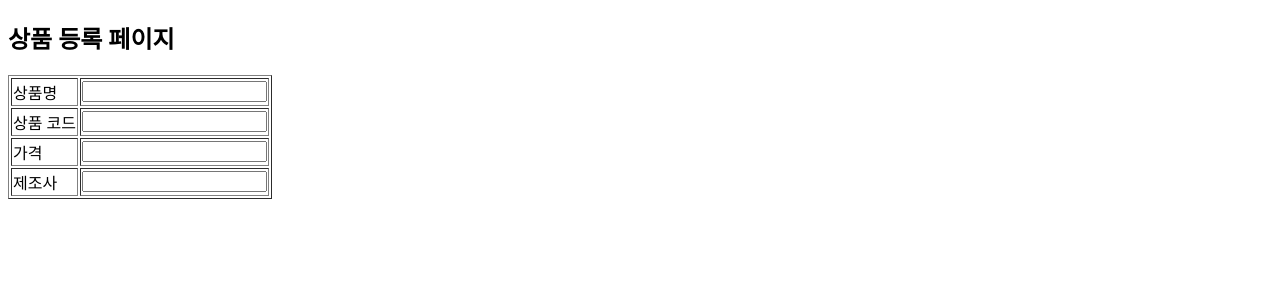
Repository: shinymusket/ideal-memory2
Page: http://localhost/homework08/productReg.jsp
An editor plug-in stored every save of this project. The page is shown before and after the next save, followed by the edit.
The browser window is 1280 px wide. The pictures show the whole page.
The page is served by Tomcat 9.

Above is the page before, as saved 2022-06-17 00:45:12.

After the next save:
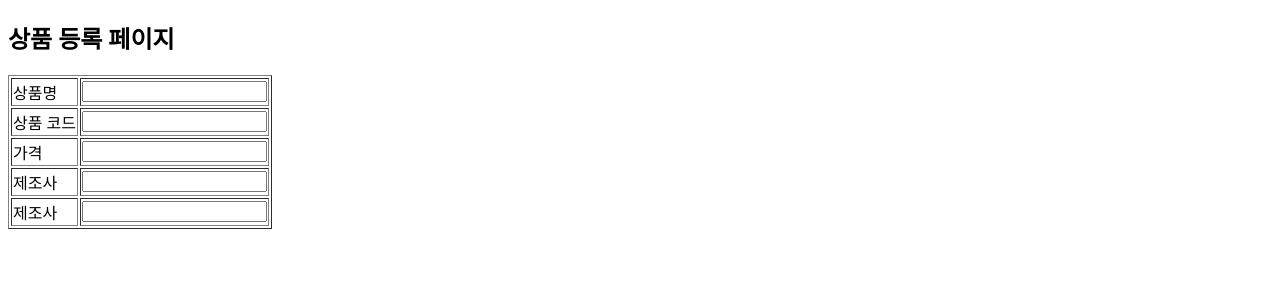
Saved 4 s later.
--- a/homework08/WebContent/productReg.jsp
+++ b/homework08/WebContent/productReg.jsp
@@ -34,6 +34,12 @@
 					<input type="text" name="manufacturer">
 				</td>
 			</tr>
+			<tr>
+				<td>제조사</td>
+				<td>
+					<input type="text" name="manufacturer">
+				</td>
+			</tr>
 
 		</form>
 	</table>
